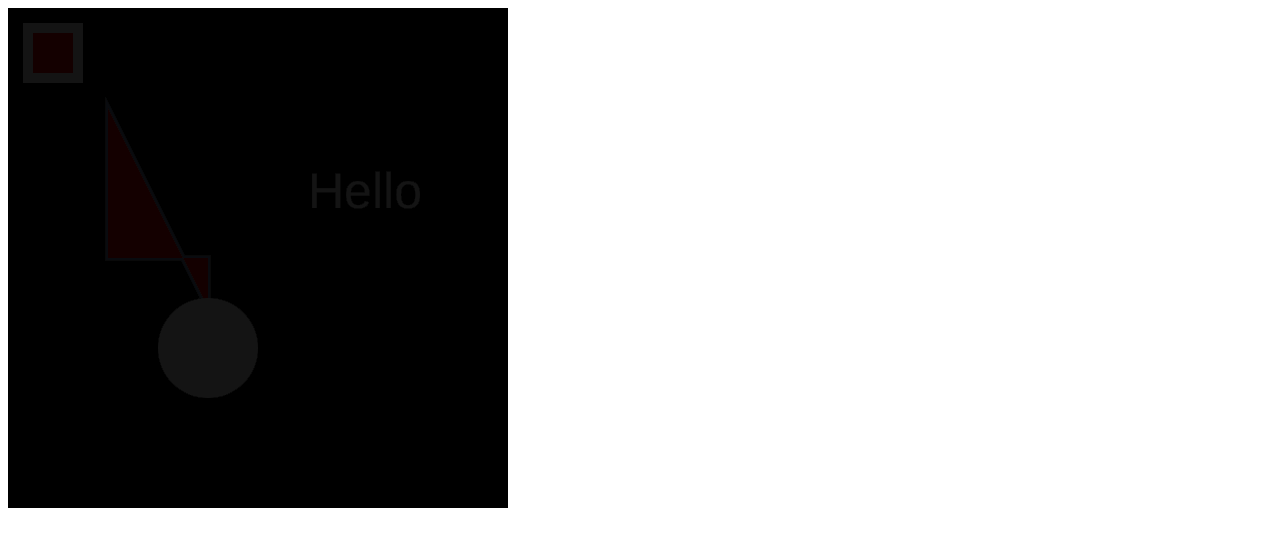
Repository: polymaze/rts-td
Page: canvas.html
The author's editor kept a record of every edit. The page is drawn from the files as they stood at one moment, then again after the next edit.
The browser window is 1280 px wide. The pictures show the whole page.

Above is the page before.
Console error: ReferenceError: posY is not defined

### canvas.html
<!DOCTYPE html>
<html lang="en">
<head>
  <meta charset="utf-8" />
  <title>Canvas Demo</title>
  <script>
    window.onload = function() {

      var canvas = document.getElementById("paper"),
        c = canvas.getContext("2d"),
        TWO_PI = Math.PI * 2;


      // make a box with decorations
      c.fillStyle = "black";
      c.fillRect(0, 0, canvas.width, canvas.height);

      c.fillStyle = "red";
      c.fillRect(20, 20, 50, 50);

      c.strokeStyle = "white";
      c.lineWidth = 10;
      c.strokeRect(20, 20, 50, 50);

      // create a line
      c.strokeStyle = "#7e9fc2";
      c.lineWidth = 5;  // shrink the line

      // animate a line
      c.beginPath();
      c.moveTo(100, 100);  // picking up a pen and drop it on a location
      c.lineTo(150, 200);  // draw a line to this point
      c.lineTo(200, 300); // continue the line
      c.lineTo(200, 250);
      c.lineTo(100, 250);
      c.closePath(); // closes shape
      c.stroke();  // call the stroke function to see the line
      c.fill();

      // draw text
      c.fillStyle = "white";
      c.font = "50px Helvetica";
      c.fillText("Hello", 300, 200);

      // draw an arc
      c.beginPath();
      c.arc(200, 340, 50, 0, TWO_PI, false);
      c.fill();

      /* draw an arc (circle)
      c.fillStyle = "blue";
      c.beginPath();
      c.arc(400, 400, 50, 0, TWO_PI, false);
      c.fill();
      */

      // animations
      var posX = 0,
          poxY = 200;
      setInterval(function(){

        posX += 4;

        if (posX > 200){
          posY += 3;
          posX = 200;
        }

        c.fillStyle = "rgba(0,0,0,0.05)";
        c.fillRect(0, 0, canvas.width, canvas.height);

        c.fillStyle = "white";
        c.beginPath();
        c.arc(posX, posY, 50, 0, TWO_PI, false);
        c.fill();

      }, 30);

    }
  </script>
  <style>
  </style>
</head>
<body>

  <canvas id="paper" width="500" height="500"></canvas>

</body>
</html>

After the next edit:
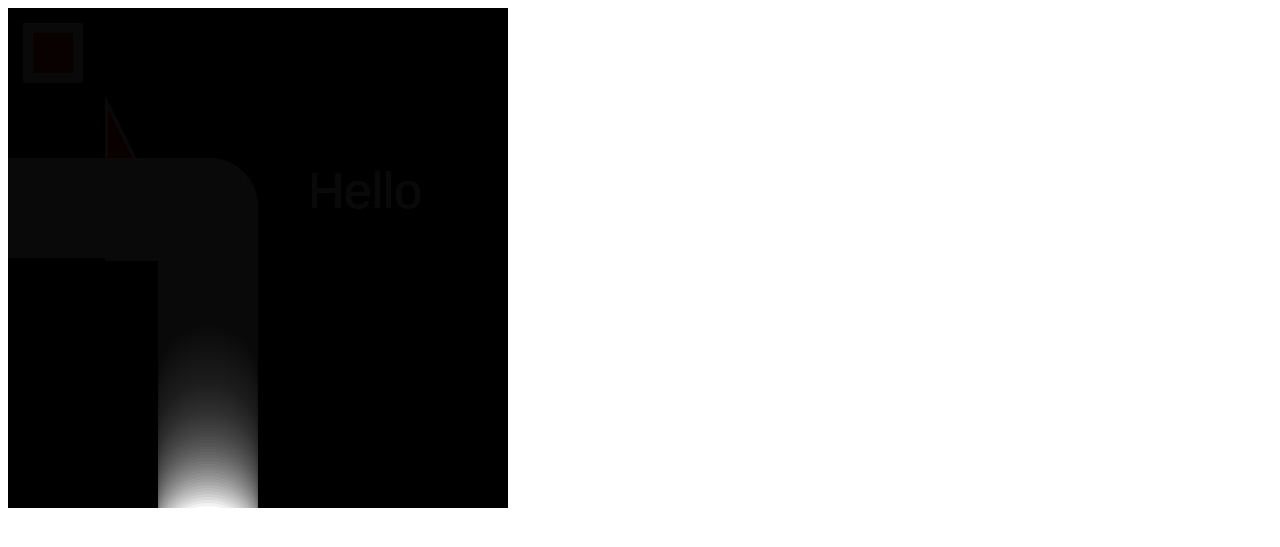
The error is gone.
The edit:
--- a/canvas.html
+++ b/canvas.html
@@ -56,7 +56,7 @@
 
       // animations
       var posX = 0,
-          poxY = 200;
+          posY = 200;
       setInterval(function(){
 
         posX += 4;
